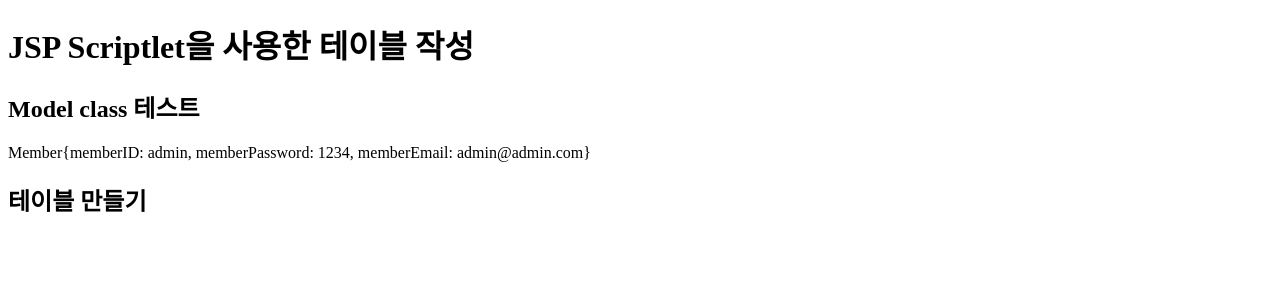
Repository: ljh5973/labweb
Page: http://localhost/JSP02/03_table.jsp
The author's editor kept a copy of each file at every save. The page is drawn from the files as they stood at one save, then again after the next save.
The browser window is 1280 px wide. The pictures show the whole page.
The page is served by Tomcat 9.

Above is the page before, as saved 2022-01-07 05:58:19.

After the next save:
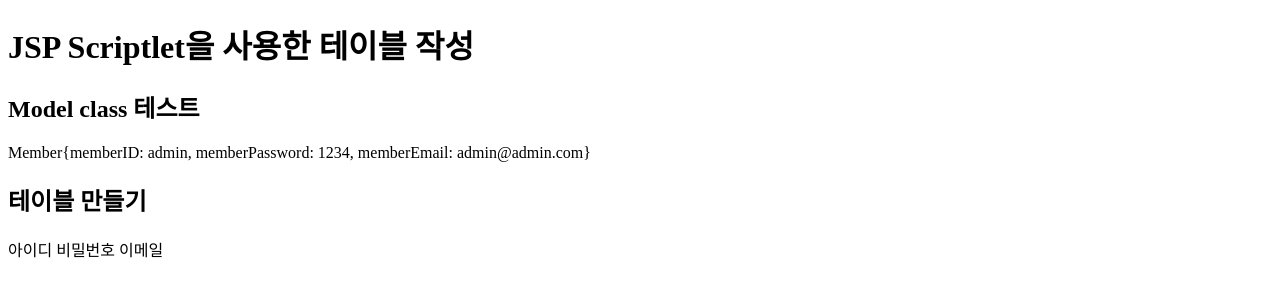
Saved 20 s later.
--- a/JSP02/webapp/03_table.jsp
+++ b/JSP02/webapp/03_table.jsp
@@ -31,9 +31,9 @@
 	<h2>테이블 만들기</h2>
 		<thead>
 			<tr>
-				<th></th>
-				<th></th>
-				<th></th>
+				<th>아이디</th>
+				<th>비밀번호</th>
+				<th>이메일</th>
 			</tr>
 		</thead>
 	</body>
